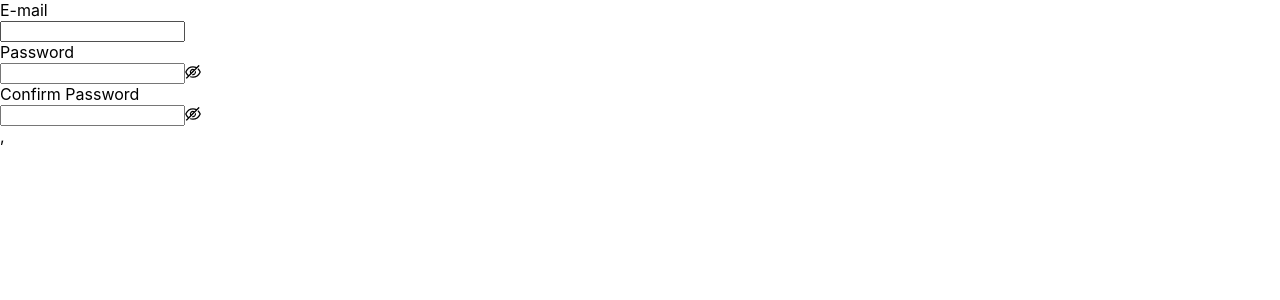
Repository: MT-Hesab/antdemo
Page: /
These files come from the project's save history. The page is drawn as it stood at one moment and after a run of saves; the edit follows.
The browser window is 1280 px wide. The pictures show the whole page.
The project was rebuilt for these pictures with package versions that can differ from the ones it lists, and the page was loaded fresh each time. Also part of the build but not shown: src/App.css, src/App.js.

Above is the page before, as saved 2022-01-05 02:03:58.

### src/index.js
import React from 'react';
import ReactDOM from 'react-dom';
import './index.css';
import App from './App';
import reportWebVitals from './reportWebVitals';
import RegistrationForm from './components/form';

ReactDOM.render(
  <React.StrictMode>
    <RegistrationForm />,
  </React.StrictMode>,
  document.getElementById('root')
);

// If you want to start measuring performance in your app, pass a function
// to log results (for example: reportWebVitals(console.log))
// or send to an analytics endpoint. Learn more: https://bit.ly/CRA-vitals
reportWebVitals();

### src/components/form.jsx

import React, { useState } from 'react';

import {Form, Button, Input, InputNumber, Select, AutoComplete, Gutter, Row, Col, Checkbox } from 'antd';
import { useForm } from 'antd/lib/form/Form';

const RegistrationForm = () => {
    const [form] = Form.useForm();

    const [autoCompleteResult, setAutoCompleteResult] = useState([]);

    const onWebsiteChange = (value) => {
      if (!value) {
        setAutoCompleteResult([]);
      } else {
        setAutoCompleteResult(['.com', '.org', '.net'].map(domain => `${value}${domain}`));
      }
    };
    const websiteOptions = autoCompleteResult.map(website => ({
      label: website,
      value: website,
    }));

    return(
      <Form
        //{...formItemLayout}
        //form={form}
        name="register"
        initialValues = {{
          residence: ['zhejiang', 'hangzhou', 'xihu'],
          prefix: '86',
        }}
        scrollToFirstError
      >
         <Form.Item
        name="email"
        label="E-mail"
        rules={[
          {
            type: 'email',
            message: 'The input is not valid E-mail!',
          },
          {
            required: true,
            message: 'Please input your E-mail!',
          },
        ]}
      >
        <Input />
      </Form.Item>

      <Form.Item
        name="password"
        label="Password"
        rules={[
          {
            required: true,
            message: 'Please input your password!',
          },
        ]}
        hasFeedback
      >
        <Input.Password />
      </Form.Item>

      <Form.Item
        name="confirm"
        label="Confirm Password"
        dependencies={['password']}
        hasFeedback
        rules={[
          {
            required: true,
            message: 'Please confirm your password!',
          },
          ({ getFieldValue }) => ({
            validator(_, value) {
              if (!value || getFieldValue('password') === value) {
                return Promise.resolve();
              }
              return Promise.reject(new Error('The two passwords that you entered do not match!'));
            },
          }),
        ]}
      >
        <Input.Password />
      </Form.Item>
      </Form>
    );
}

export default RegistrationForm;

Loaded but not shown: public/index.html (common file); src/index.css (common file); src/reportWebVitals.js (common file)

After the next 2 saves:
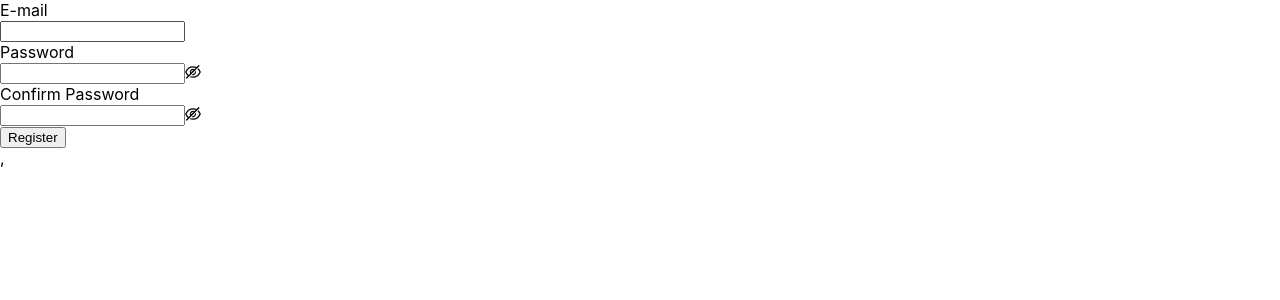
The 2 saves are shown as one change because 1 did not build or start.
The last was saved 10 min 21 s later.
--- a/src/components/form.jsx
+++ b/src/components/form.jsx
@@ -5,6 +5,36 @@ import {Form, Button, Input, InputNumber, Select, AutoComplete, Gutter, Row, Col
 import { useForm } from 'antd/lib/form/Form';
 
 const RegistrationForm = () => {
+  const formItemLayout = {
+    labelCol: {
+      xs: {
+        span: 24,
+      },
+      sm: {
+        span: 8,
+      },
+    },
+    wrapperCol: {
+      xs: {
+        span: 24,
+      },
+      sm: {
+        span: 16,
+      },
+    },
+  };
+  const tailFormItemLayout = {
+    wrapperCol: {
+      xs: {
+        span: 24,
+        offset: 0,
+      },
+      sm: {
+        span: 16,
+        offset: 8,
+      },
+    },
+  };
     const [form] = Form.useForm();
 
     const [autoCompleteResult, setAutoCompleteResult] = useState([]);
@@ -85,6 +115,11 @@ const RegistrationForm = () => {
       >
         <Input.Password />
       </Form.Item>
+      <Form.Item {...tailFormItemLayout}>
+        <Button type="primary" htmlType="submit">
+          Register
+        </Button>
+      </Form.Item>
       </Form>
     );
 }
